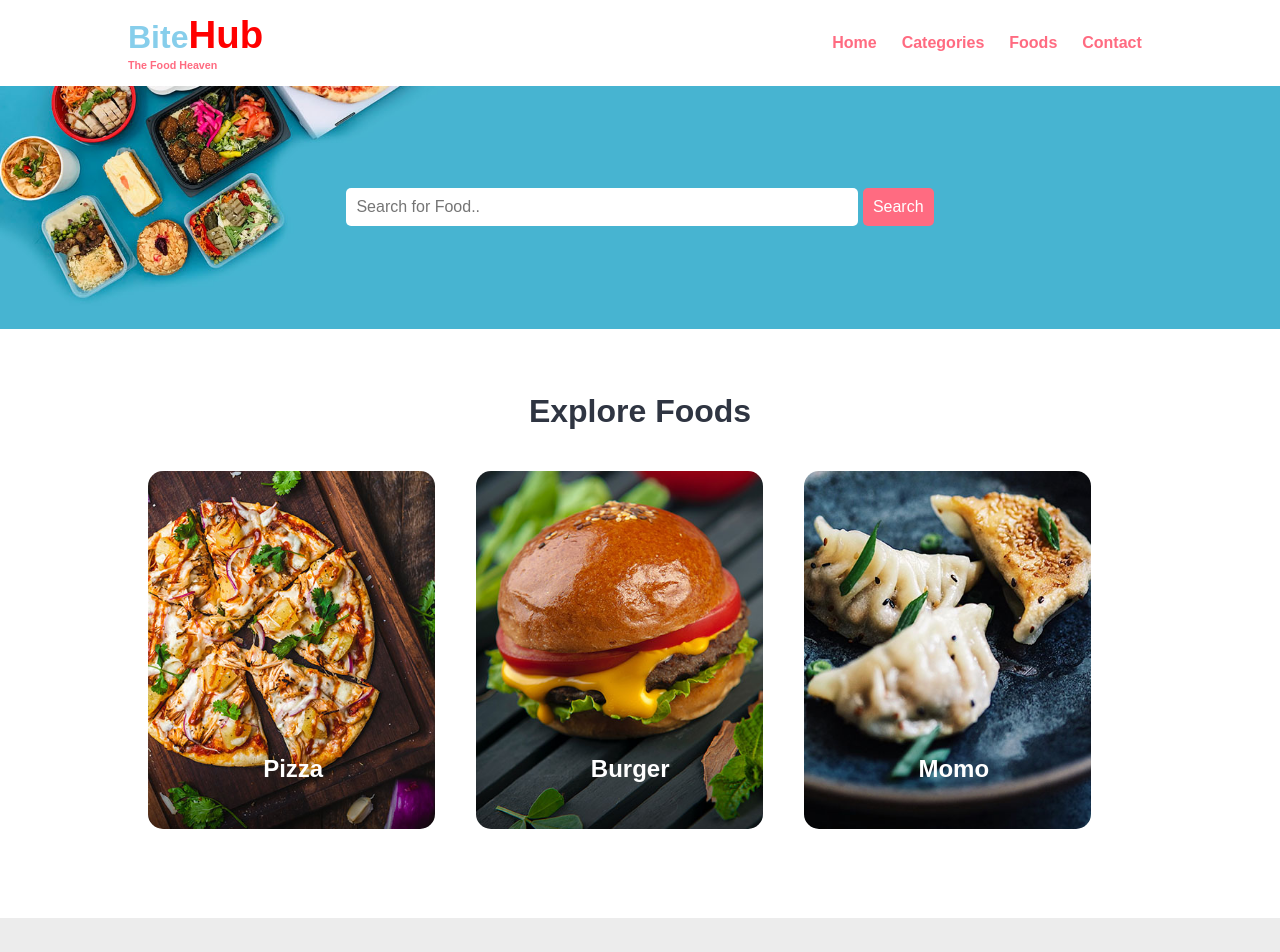
Repository: Saviour-Dagadu/food-order-front
Page: index.html
The author's editor kept a copy of each file at every save. The page is drawn from the files as they stood at one save, then again after the next save.
The browser window is 1280 px wide. The pictures show the part of the page from y = 0 to 952 px (the page is 2170 px tall).
A picture or video elsewhere on the page could not be fetched, so the positions and the page height are approximate.

Above is the page before, as saved 2024-05-16 11:19:54.

### index.html
<!DOCTYPE html>
<html lang="en">
<head>
    <meta charset="UTF-8">
    <!-- Important to make website responsive -->
    <meta name="viewport" content="width=device-width, initial-scale=1.0">
    <title>Restaurant Website</title>

    <!-- Link our CSS file -->
    <link rel="stylesheet" href="css/style.css">
</head>

<body>
    <!-- Navbar Section Starts Here -->
    <section class="navbar">
        <div class="container">
            <div class="logo">
                <a href="#" title="Logo">
                    <h2>Bite<span>Hub</span></h2><h6><span>The Food Heaven</span></h6>
                    <!-- <img src="images/logo.png" alt="Restaurant Logo" class="img-responsive"> -->
                </a>
            </div>

            <div class="menu text-right">
                <ul>
                    <li>
                        <a href="index.html">Home</a>
                    </li>
                    <li>
                        <a href="categories.html">Categories</a>
                    </li>
                    <li>
                        <a href="foods.html">Foods</a>
                    </li>
                    <li>
                        <a href="contact.html">Contact</a>
                    </li>
                </ul>
            </div>

            <div class="clearfix"></div>
        </div>
    </section>
    <!-- Navbar Section Ends Here -->

    <!-- fOOD sEARCH Section Starts Here -->
    <section class="food-search text-center">
        <div class="container">

            <form action="underConstruction.html" method="POST">
                <input type="search" name="search" placeholder="Search for Food.." required>
                <input type="submit" name="submit" value="Search" class="btn btn-primary">
            </form>

        </div>
    </section>
    <!-- fOOD sEARCH Section Ends Here -->

    <!-- CAtegories Section Starts Here -->
    <section class="categories">
        <div class="container">
            <h2 class="text-center">Explore Foods</h2>

            <a href="category-foods.html">
            <div class="box-3 float-container">
                <img src="images/pizza.jpg" alt="Pizza" class="img-responsive img-curve">

                <h3 class="float-text text-white">Pizza</h3>
            </div>
            </a>

            <a href="#">
            <div class="box-3 float-container">
                <img src="images/burger.jpg" alt="Burger" class="img-responsive img-curve">

                <h3 class="float-text text-white">Burger</h3>
            </div>
            </a>

            <a href="#">
            <div class="box-3 float-container">
                <img src="images/momo.jpg" alt="Momo" class="img-responsive img-curve">

                <h3 class="float-text text-white">Momo</h3>
            </div>
            </a>

            <div class="clearfix"></div>
        </div>
    </section>
    <!-- Categories Section Ends Here -->

    <!-- fOOD MEnu Section Starts Here -->
    <section class="food-menu">
        <div class="container">
            <h2 class="text-center">Food Menu</h2>

            <div class="food-menu-box">
                <div class="food-menu-img">
                    <img src="images/menu-pizza.jpg" alt="Chicke Hawain Pizza" class="img-responsive img-curve">
                </div>

                <div class="food-menu-desc">
                    <h4>Pizza</h4>
                    <p class="food-price">Ghc 50</p>
                    <p class="food-detail">
                        Made with Italian Sauce, Chicken, and organice vegetables.
                    </p>
                    <br>

                    <a href="order.html" class="btn btn-primary">Order Now</a>
                </div>
            </div>

            <div class="food-menu-box">
                <div class="food-menu-img">
                    <img src="images/menu-burger.jpg" alt="Chicke Hawain Pizza" class="img-responsive img-curve">
                </div>

                <div class="food-menu-desc">
                    <h4>Smoky Burger</h4>
                    <p class="food-price">Ghc 20</p>
                    <p class="food-detail">
                        Made with Italian Sauce, Chicken, and organice vegetables.
                    </p>
                    <br>

                    <a href="order.html" class="btn btn-primary">Order Now</a>
                </div>
            </div>

            <div class="food-menu-box">
                <div class="food-menu-img">
                    <img src="images/menu-burger.jpg" alt="Chicke Hawain Burger" class="img-responsive img-curve">
                </div>

                <div class="food-menu-desc">
                    <h4>Nice Burger</h4>
                    <p class="food-price">Ghc 20</p>
                    <p class="food-detail">
                        Made with Italian Sauce, Chicken, and organize vegetables.
                    </p>
                    <br>

                    <a href="order.html" class="btn btn-primary">Order Now</a>
                </div>
            </div>



            <!-- <div class="food-menu-box">
                <div class="food-menu-img">
                    <img src="images/menu-pizza.jpg" alt="Chicke Hawain Pizza" class="img-responsive img-curve">
                </div>

                <div class="food-menu-desc">
                    <h4>Food Title</h4>
                    <p class="food-price">$2.3</p>
                    <p class="food-detail">
                        Made with Italian Sauce, Chicken, and organice vegetables.
                    </p>
                    <br>

                    <a href="order.html" class="btn btn-primary">Order Now</a>
                </div>
            </div> -->

            <div class="food-menu-box">
                <div class="food-menu-img">
                    <img src="images/menu-momo.jpg" alt="Chicke Hawain Momo" class="img-responsive img-curve">
                </div>

                <div class="food-menu-desc">
                    <h4>Chicken Steam Momo</h4>
                    <p class="food-price">Ghc 50</p>
                    <p class="food-detail">
                        Made with Italian Sauce, Chicken, and organice vegetables.
                    </p>
                    <br>

                    <a href="order.html" class="btn btn-primary">Order Now</a>
                </div>
            </div>


            <div class="clearfix"></div>



        </div>

        <p class="text-center">
            <a href="#">See All Foods</a>
        </p>
    </section>
    <!-- fOOD Menu Section Ends Here -->

    <!-- social Section Starts Here -->
<section class="social">
	<div class="container text-center">
		<ul>
			<li>
				<a href="https://www.facebook.com/saviou/"><img src="https://img.icons8.com/fluent/50/000000/facebook-new.png"/></a>
			</li>
			<li>
				<a href="https://www.instagram.com/saviour_dagadu/"><img src="https://img.icons8.com/fluent/48/000000/instagram-new.png"/></a>
			</li>
			<li>
				<a href="https://twitter.com/savicode"><img src="https://img.icons8.com/fluent/48/000000/twitter.png"/></a>
			</li>
		</ul>
	</div>
</section>
<!-- social Section Ends Here -->

<!-- footer Section Starts Here -->
<section class="footer">
	<div class="container text-center">
		<p>All rights reserved. Designed By <a href="https://saviourdagadu.netlify.app/">@savicode</a></p>
	</div>
</section>
<!-- footer Section Ends Here -->

</body>
</html>

### css/style.css
/*
    Author: Vijay Thapa;
    Theme: Restaurant Food Order;
    version: 1.0;
*/

/* CSS for All */
*{
    margin: 0 0;
    padding: 0 0;
    font-family: Arial, Helvetica, sans-serif;
}
.container{
    width: 80%;
    margin: 0 auto;
    padding: 1%;
}
.img-responsive{
    width: 100%;
}
.img-curve{
    border-radius: 15px;
}

.text-right{
    text-align: right;
}
.text-center{
    text-align: center;
}
.text-left{
    text-align: left;
}
.text-white{
    color: white;
}

.clearfix{
    clear: both;
    float: none;
}

a{
    color: #ff6b81;
    text-decoration: none;
}
a:hover{
    color: #ff4757;
}

.btn{
    padding: 1%;
    border: none;
    font-size: 1rem;
    border-radius: 5px;
}
.btn-primary{
    background-color: #ff6b81;
    color: white;
    cursor: pointer;
}
.btn-primary:hover{
    color: white;
    background-color: #ff4757;
}
h2{
    color: #2f3542;
    font-size: 2rem;
    margin-bottom: 2%;
}
h3{
    font-size: 1.5rem;
}
.float-container{
    position: relative;
}
.float-text{
    position: absolute;
    bottom: 50px;
    left: 40%;
}
fieldset{
    border: 1px solid white;
    margin: 5%;
    padding: 3%;
    border-radius: 5px;
}


/* CSSS for navbar section */

.logo{
    width: 10%;
    float: left;
}
.logo h2{
    color: skyblue;
}
.logo h2 span{
    color: red;
    font-size: larger;
}
.menu{
    line-height: 60px;
}
.menu ul{
    list-style-type: none;
}

.menu ul li{
    display: inline;
    padding: 1%;
    font-weight: bold;
}


/* CSS for Food SEarch Section */

.food-search{
    background-image: url(../images/bg.jpg);
    background-size: cover;
    background-repeat: no-repeat;
    background-position: center;
    padding: 7% 0;
}

.food-search input[type="search"]{
    width: 50%;
    padding: 1%;
    font-size: 1rem;
    border: none;
    border-radius: 5px;
}


/* CSS for Categories */
.categories{
    padding: 4% 0;
}

.box-3{
    width: 28%;
    float: left;
    margin: 2%;
}


/* CSS for Food Menu */
.food-menu{
    background-color: #ececec;
    padding: 4% 0;
}
.food-menu-box{
    width: 43%;
    margin: 1%;
    padding: 2%;
    float: left;
    background-color: white;
    border-radius: 15px;
}

.food-menu-img{
    width: 20%;
    float: left;
}

.food-menu-desc{
    width: 70%;
    float: left;
    margin-left: 8%;
}

.food-price{
    font-size: 1.2rem;
    margin: 2% 0;
}
.food-detail{
    font-size: 1rem;
    color: #747d8c;
}


/* CSS for Social */
.social ul{
    list-style-type: none;
}
.social ul li{
    display: inline;
    padding: 1%;
}

/* for Order Section */
.order{
    width: 50%;
    margin: 0 auto;
}
.input-responsive{
    width: 96%;
    padding: 1%;
    margin-bottom: 3%;
    border: none;
    border-radius: 5px;
    font-size: 1rem;
}
.order-label{
    margin-bottom: 1%;
    font-weight: bold;
}

/* Contact Section*/

#info{
    padding: 30px 0;
}

#info .container{
     display: flex;
}

#info .info{
    width: 28%;
    height: 300px;
    border-radius: 10px;
    overflow: hidden;

}

#info .info-text{
    border: 1px solid lightgray;
    padding: 10px;
}

#info .info-text h4{
    margin: 5px;
}

#info .info-text .info-text-call{
    margin-bottom: 20px;
}

#info .info-image{
margin-right: 10px;
overflow: hidden;
box-shadow: 0 0 5px #333;
transform: scale (1.04);
transition: all .4s ease-in-out;
}

#info .info-image:hover{
transform: translateY(-15px) scale(1.1);
box-shadow: 0 0 10px #333;
}
#info .info-image img{
max-width: 100%;
height: auto
}

#info .info-image:hover .info-image img{
opacity: 1;
}

       /* message Section */
#message{
    padding: 30px 0;
    background-color: lightgray;
}

#message .message-top{
    text-align: center;
    margin-bottom: 20px;
}

#message .message-top h3{
    text-transform: uppercase;
    margin: 0;
}

#message .message-top h3::after{
    content: "";
    display: block;
    width: 50px;
    height: 3px;
    background-color: gray;
    margin: 10px auto 0;
}

#message .message-bottom{
    color: black;
}

#message .message-bottom label{
    display: block;
    font-size: 17px;
    font-weight: 500;
    margin-bottom: 5px;
}

#message .message-bottom .form-group{
    margin-bottom: 10px;
}

#message .message-bottom .input{
    display: block;
    height: 40px;
    border-radius: 5px;
    border: 1px solid brown;
    padding-left: 10px;
    padding-right: 10px;
    width: 100%;
    font-size: 15px;
    font-family: 'Segoe UI', Tahoma, Geneva, Verdana, Sans-serif;
}

#message .message-bottom input,
#message .message-bottom textarea,
#message .message-bottom button{
    outline: none;
}

#message  textarea{
    width: 100%;
    height: 200px;
    border-radius: 5px;
    border: 1px solid brown;
    background-color: white;
    padding: 5px 10px;
    font: 15px 'Segoe UI', Tahoma, Geneva, Verdana, Sans-serif;
}

#message .message-bottom .btn{
    padding: 10px 20px;
    background-color: brown;
    text-transform: uppercase;
    font: 15px 'Segoe UI', Tahoma, Geneva, Verdana, Sans-serif;
    border: none;
    border-radius: 5px;
    font-weight: 500;
    color: #fff;
    cursor: pointer;
}


/* CSS for Mobile Size or Smaller Screen */

@media only screen and (max-width:768px){
    .logo{
        width: 80%;
        float: none;
        margin: 1% auto;
    }

    .menu ul{
        text-align: center;
    }

    .food-search input[type="search"]{
        width: 90%;
        padding: 2%;
        margin-bottom: 3%;
    }

    .btn{
        width: 91%;
        padding: 2%;
    }

    .food-search{
        padding: 10% 0;
    }

    .categories{
        padding: 20% 0;
    }
    h2{
        margin-bottom: 10%;
    }
    .box-3{
        width: 100%;
        margin: 4% auto;
    }

    .food-menu{
        padding: 20% 0;
    }

    .food-menu-box{
        width: 90%;
        padding: 5%;
        margin-bottom: 5%;
    }
    .social{
        padding: 5% 0;
    }
    .order{
        width: 100%;
    }
}

After the next save:
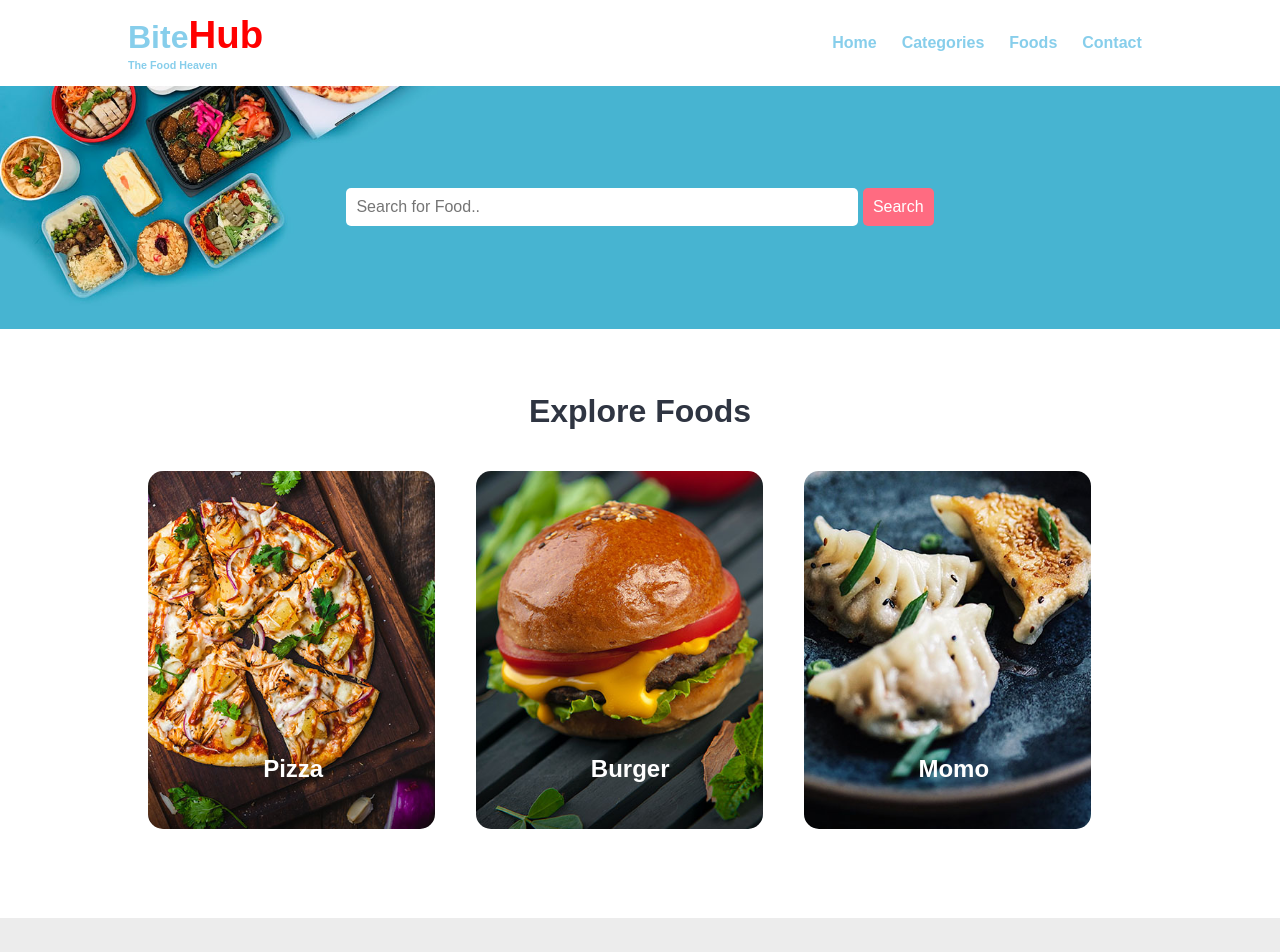
Saved 67 s later.
--- a/css/style.css
+++ b/css/style.css
@@ -41,7 +41,7 @@
 }
 
 a{
-    color: #ff6b81;
+    color: skyblue;
     text-decoration: none;
 }
 a:hover{
